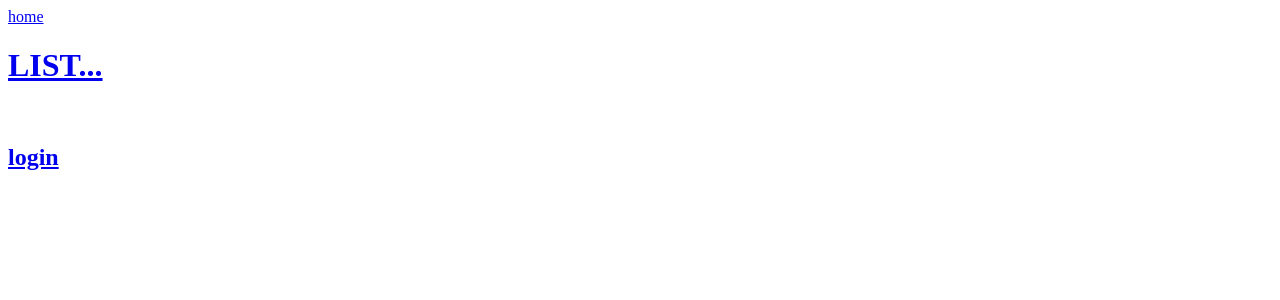
Repository: ingik/Spring
Page: SpringMVC01_filter_aop_login_interceptor_transaction_security/src/main/webapp/index.html
An editor plug-in stored every save of this project. The page is shown before and after the next save, followed by the edit.
The browser window is 1280 px wide. The pictures show the whole page.

Above is the page before, as saved 2020-09-04 00:32:43.

### SpringMVC01_filter_aop_login_interceptor_transaction_security/src/main/webapp/index.html
 <!DOCTYPE html>
<html>
<head>
<meta charset="UTF-8">
<title>Insert title here</title>
</head>
<body>
	<a href = "home.do">home</a>
	<h1><a href="list.do">LIST...</a></h1>
	<br>
	<h2><a href="loginform.do">login</a></h2>
	<br>

	<a href="test.do>transaction</a>
</body>
</html>

After the next save:
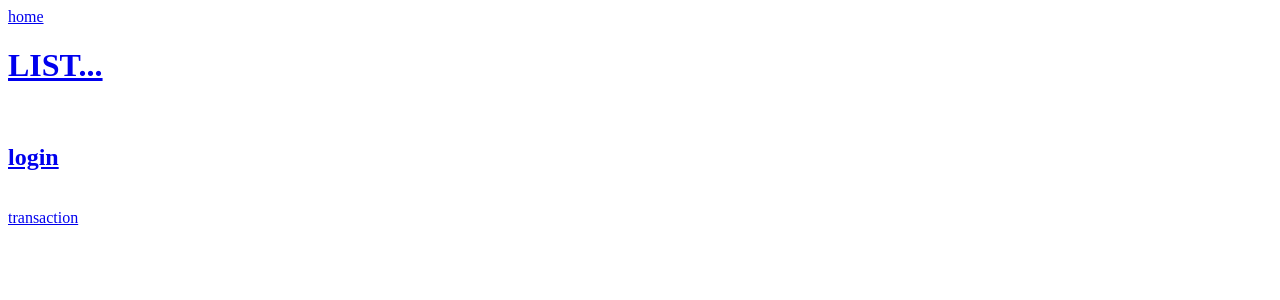
Saved 15 s later.
--- a/SpringMVC01_filter_aop_login_interceptor_transaction_security/src/main/webapp/index.html
+++ b/SpringMVC01_filter_aop_login_interceptor_transaction_security/src/main/webapp/index.html
@@ -11,6 +11,6 @@
 	<h2><a href="loginform.do">login</a></h2>
 	<br>
 
-	<a href="test.do>transaction</a>
+	<a href="test.do">transaction</a>
 </body>
 </html>
